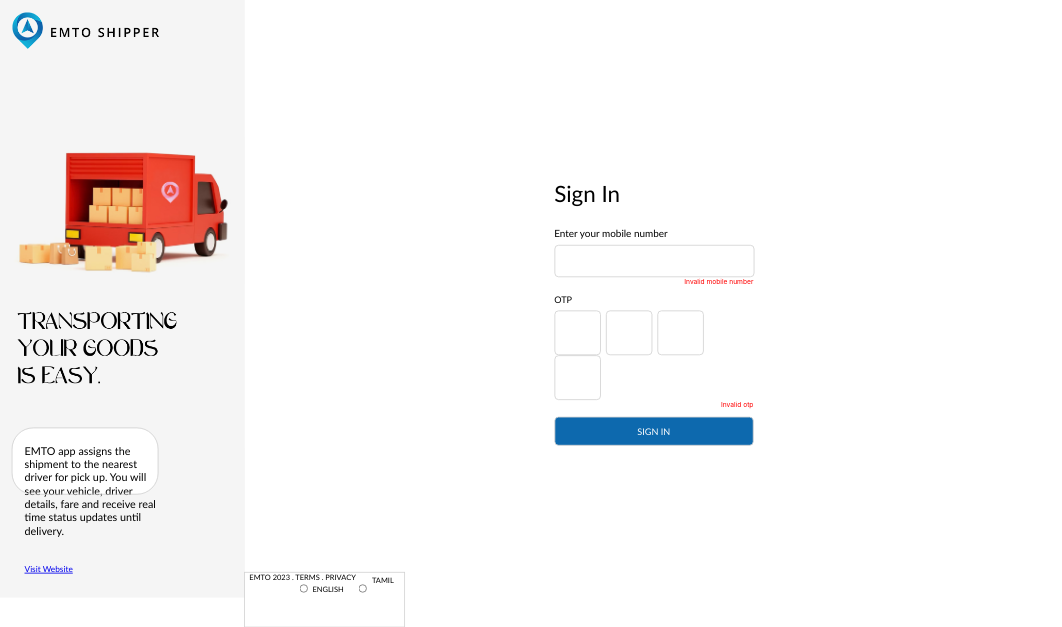
Repository: RoshanArun/Emto-Web
Page: / (app in emto/reactfirst/)
The author's editor kept a copy of each file at every save. The page is drawn from the files as they stood at one save, then again after the next save.
The browser window is 1280 px wide. The pictures show the whole page, at 83% of full size.
The project was rebuilt for these pictures with package versions that can differ from the ones it lists, and the page was loaded fresh each time. Also part of the build but not shown: emto/reactfirst/src/pages/SignUp/SignUp.css, emto/reactfirst/src/pages/SignUp/SignUp.js, emto/reactfirst/src/pages/DashBoard/DashBoard.js.

Above is the page before, as saved 2023-07-27 12:46:31.

### emto/reactfirst/src/App.js
import React from 'react';
import './pages/Login/Login.css';
import './pages/SignUp/SignUp.css';
import './pages/DashBoard/DashBoard.css';

import { BrowserRouter as Router, Routes, Route }
    from 'react-router-dom';

import SignUp from './pages/SignUp/SignUp';
import Login from './pages/Login/Login';
import DashBoard from './pages/DashBoard/DashBoard';


function App() {
    return (
        <Router>
            <Routes>
                <Route exact path='/' element={<Login />} />
                <Route path='/sign-up' element={<SignUp />} />
                <Route path='/dashboard' element={<DashBoard />} />
            </Routes>
        </Router>
    );
}

export default App;

### emto/reactfirst/src/pages/Login/Login.css
.wrapper {
  width: 100%;
  height: 100%;
  display: flex;
  flex-basis: 100%;
}

.page-left {
  width: 30%;
  min-width: 250px;
  height: 100vh;
  min-height: 570px;
  background-color: #f5f5f5;
}

.page-right {
  width: 100%;
  height: 75vh;
  background-color: #ffffff;
}

.logo {
  width: 60%;
  padding-top: 5%;
  padding-left: 5%;
  padding-bottom: 35%;
}

.truck {
  width: 100%;
  padding-bottom: 10%;
}

.emtocaption {
  width: 65%;
  padding-left: 7%;
  padding-bottom: 5%;
}

.box {
  width: 85%;
  background-color: white;
  border-radius: 25px;
  margin-left: 5%;
  padding-left: 5%;
  padding-top: 2%;
  padding-bottom: 10%;
}

.details {
  font-size: 13px;
  font-family: 'Gill Sans', 'Gill Sans MT', Calibri, 'Trebuchet MS', sans-serif;
  padding-bottom: 8%;
}

.link {
  font-size: 10px;
  font-family: 'Gill Sans', 'Gill Sans MT', Calibri, 'Trebuchet MS', sans-serif;
}

.signin-content {
  height: 85%;
  width: 240px;
  margin-left: auto;
  margin-right: auto;
  padding-top: 30vh;
  min-height: 300px;
}

.signin-label {
  font-size: 27px;
  padding-bottom: 10%;
  padding-right: 30%;
  font-family: 'Gill Sans', 'Gill Sans MT', Calibri, 'Trebuchet MS', sans-serif;
  float: left;
}

.num-label {
  float: left;
  font-size: 12px;
  margin-bottom: 7px;
  font-family: 'Gill Sans', 'Gill Sans MT', Calibri, 'Trebuchet MS', sans-serif;
}

.numinput {
  border-radius: 5px;
  border: 1px solid lightgrey;
  height: 35px;
  width: 235px;
  float: left;
}

input::-webkit-inner-spin-button {
  -webkit-appearance: none;
  margin: 0;
}

.small {
  display: block;
  margin-bottom: -10px;
}

.invalidnumber {
  font-size: 8px;
  float: right;
  color: red;
}

.OTP-label {
  float: left;
  font-size: 11px;
  margin-right: 200px;
  margin-bottom: 7px;
  font-family: 'Gill Sans', 'Gill Sans MT', Calibri, 'Trebuchet MS', sans-serif;
}

.OTPNUM-input {
  width: 50px;
  height: 50px;
  border-radius: 5px;
  border: 1px solid lightgrey;
  position: relative;
  margin-right: 6px;
}

.OTPNUM-inputend {
  width: 50px;
  height: 50px;
  border-radius: 5px;
  border: 1px solid lightgrey;
  position: relative;
}

.invalidOTP {
  font-size: 8px;
  float: right;
  color: red;
}

.submit-button {
  width: 240px;
  height: 35px;
  background-color: #0d69ae;
  color: white;
  border-radius: 5px;
  border: 1px solid lightgrey;
  font-family: 'Gill Sans', 'Gill Sans MT', Calibri, 'Trebuchet MS', sans-serif;
  font-size: 11px;
  margin-top: 10px;
}

.bottom {
  height: 5%;
  margin-top: 1.5%;
  width: 100%;
  font-size: 9px;
  font-family: 'Gill Sans', 'Gill Sans MT', Calibri, 'Trebuchet MS', sans-serif;
}

.terms {
  margin-left: 5px;
  float: left;
}

.language {
  font-size: 9px;
  float: right;
  font-family: 'Gill Sans', 'Gill Sans MT', Calibri, 'Trebuchet MS', sans-serif;
  padding: 3px;
  margin-right: 10px;
}

.radio-button {
  float: right;
  height: 10px;
  width: 10px;
}

@media (max-width: 600px) {
  .wrapper {
    flex-wrap: wrap;
  }

  div {
    flex-basis: 33%;
  }

  .page-left {
    width: 100%;
    min-width: 100%;
    height: 100%;
    background-color: #f5f5f5;
  }

  .box {
    width: 85%;
    background-color: white;
    border-radius: 25px;
    margin-left: 5%;
    padding-left: 5%;
    padding-top: 2%;
    padding-bottom: 5%;
    margin-bottom: 5%;
  }

  .page-right {
    width: 100%;
    min-width: 100%;
    height: 150vw;
    background-color: #f5f5f5;
  }

  .signin-content {
    height: 85%;
    width: 240px;
    padding-top: 25vh;
    text-align: center;

  }
}

### emto/reactfirst/src/pages/DashBoard/DashBoard.css
.dash{
  height: 100vh;
  width: 100vw;
  outline: 1px solid lightgray;
  min-height: 65px;
  display: flex;
  flex-wrap: wrap;
}

.dash-bottom{
  height: 10vh;
  width: 10vw;
  outline: 1px solid lightgray;
  min-height: 65px;
}

.top1{
  width: 15vw;
  height: 10vh;
  outline: 1px solid lightgray;
  min-height: 65px;
}

.top2{
  width: 70vw;
  height: 10vh;
  outline: 1px solid lightgray;
  min-height: 65px;
}

.top3{
  width: 15vw;
  height: 10vh;
  outline: 1px solid lightgray;
  min-height: 65px;
}

.bottom{
  width: 15vw;
  outline: 1px solid lightgray;
  min-height: 65px;
}







.dashboard-right{
  width: 100vw;
}

.right1{
  width: 60vw;
  height: 100vh;
  outline: 1px solid lightgray;
}

.right2{
  width: 10vw;
  height: 30vh;
  outline: 1px solid lightgray;
}

.dashboard-top {
  height: 10vh;
  width: 74vw;
  outline: 1px solid lightgray;
  min-height: 65px;
}

.dashboard-top2 {
  height: 10vh;
  width: 20vw;
  outline: 1px solid lightgray;
  min-height: 65px;
}

.dashboard-left {
  width: 15vw;
  height: 100vh;
  outline: 1px solid lightgray;
  min-width: 130px;
}

.dashboardlogo {
  width: 60%;
  margin-top: 15%;
  margin-bottom: 15%;
  margin-left: 15%;
}

.dashboardicon {
  margin-top: 12%;
  margin-left: 15%;
  width: 13%;
}

.dashboardlabels {
  margin-left: 7%;
  font-size: 1vw;
  position: relative;
  bottom: .5vw;
  font-family: 'Gill Sans', 'Gill Sans MT', Calibri, 'Trebuchet MS', sans-serif;
  color: black;
}

.pro {
  font-size: 1.0vw;
  font-weight: bold;
  text-align: center;
  display: block;
  margin-bottom: 5%;
  margin-top: 15%;
}

.unlock {
  display: block;
  font-size: .8vw;
  word-wrap: break-word;
  text-align: center;

}

.unlock2 {
  font-size: .8vw;
  text-align: center;
  display: block;

}

.upgrade {
  background-color: lightblue;
  border: none;
  border-radius: 15px;
  width: 45%;
  height: 3.5%;
  margin-left: auto;
  margin-right: auto;
  display: grid;
  margin-bottom: 15vh;


  text-align: center;
  font-size: .9vw;
  font-weight: bold;
  align-items: center;
}

.intro {
  font-size: 3vh;
  font-family: 'Gill Sans', 'Gill Sans MT', Calibri, 'Trebuchet MS', sans-serif;
  padding-left: 6vh;
  margin-top: 2vh;
  display: inline-block;
}

.introsub {
  margin-left: 6vh;
  font-size: 1.5vh;
  margin-top: 2px;
  display: flex;
}


.Calender {
  margin-left: auto;
  font-size: 1.5vh;
  position: absolute;
  top: 4.5%;
  left: 75%
}

.calenderIcon {
  width: 2.5vh;
  margin-left: 5vw;
  position: absolute;
  top: 4.25%;
  left: 75%
}

.profileIcon {
  width: 6vh;
  margin-left: 10%;
  margin-top: 2.5vh;
}

.userLabel {
  margin-left: 10vh;
  font-size: 2.2vh;
  position: relative;
  bottom: 7.5vh;
  font-family: 'Gill Sans', 'Gill Sans MT', Calibri, 'Trebuchet MS', sans-serif;
  color: black;
  display: block;
  margin-bottom: -17.5px
}

.userLabel2 {
  margin-left: 10vh;
  font-size: 1.5vh;
  position: relative;
  bottom: 7.5vh;
  font-family: 'Gill Sans', 'Gill Sans MT', Calibri, 'Trebuchet MS', sans-serif;
  color: black;
  display: block;
  margin-bottom: -17.5px
}

.box{
  margin-top: 5vh;
  height: 6vh;
  width: 12.5vw;
  outline: 1px solid lightgray;
  display: inline-block;
}

### emto/reactfirst/src/pages/Login/Login.js
import React from 'react';
import IMAGES from '../../Components';

const Login = () => {
    return (
        <div class="login">
            <meta name="viewport" content="width=device-width, initial-scale=1.0" />
            <div class="wrapper">

                <div class="page-left">
                    <img src={IMAGES.emtologo} class="logo" alt="logo" />
                    <img src={IMAGES.emtotruck} class="truck" alt="logo" />
                    <img src={IMAGES.emtocaption} class="emtocaption" alt="logo" />
                    <div class="box">
                        <p class="details">EMTO app assigns the shipment to the nearest driver for pick up. You will see your vehicle, driver details, fare and receive real time status updates until delivery.</p>
                        <a class="link" href="url">Visit Website</a>
                    </div>
                </div>

                <div class="page-right">
                    <div class="signin-content">
                        <label class="signin-label">Sign In</label> <br></br><br></br>
                        <label class="num-label">Enter your mobile number</label><br></br>
                        <input class="numinput" type="number" id="num" name="num" /><span class="small"></span><br></br>
                        <label class="invalidnumber">Invalid mobile number</label><br></br>
                        <label class="OTP-label">OTP</label>
                        <input class="OTPNUM-input" type="number" id="num1" maxlength="4" />
                        <input class="OTPNUM-input" type="number" id="num2" maxlength="4" />
                        <input class="OTPNUM-input" type="number" id="num3" maxlength="4" />
                        <input class="OTPNUM-inputend" type="number" id="num4" maxlength="4" /><br></br>
                        <label class="invalidOTP">Invalid otp</label>
                        <button class="submit-button" type="button">SIGN IN</button> <br class="small"></br>


                    </div>
                    <div class="bottom">
                        <label class="terms">EMTO 2023 . TERMS . PRIVACY</label>
                        <label class="language" for="html">TAMIL</label>
                        <input class="radio-button" type="radio" name="lang" value="English" />
                        <label class="language" for="html">ENGLISH</label>
                        <input class="radio-button" type="radio" name="lang" value="Tamil" />
                    </div>
                </div>
            </div>
        </div>
    );
}



export default Login;

### emto/reactfirst/src/Components/index.js
const IMAGES = {
    emtocaption: require('./emto-caption.png'),
    emtotruck: require('./emtotruck.jpg'),
    emtologo: require('./emto-logo.png'),

    dashboard: require('./business-report.png'),
    senders: require('./senders.png'),
    recievers: require('./recievers.png'),

    settings: require('./settings.png'),
    csx: require('./customer-service.png'),
    logout: require('./logout.png'),

    calender: require('./calendar.png'),
    profile: require('./profile.png')


}

export default IMAGES;

Loaded but not shown: emto/reactfirst/public/index.html (common file); emto/reactfirst/src/index.js (common file); emto/reactfirst/src/index.css (common file); emto/reactfirst/src/reportWebVitals.js (common file)

After the next save:
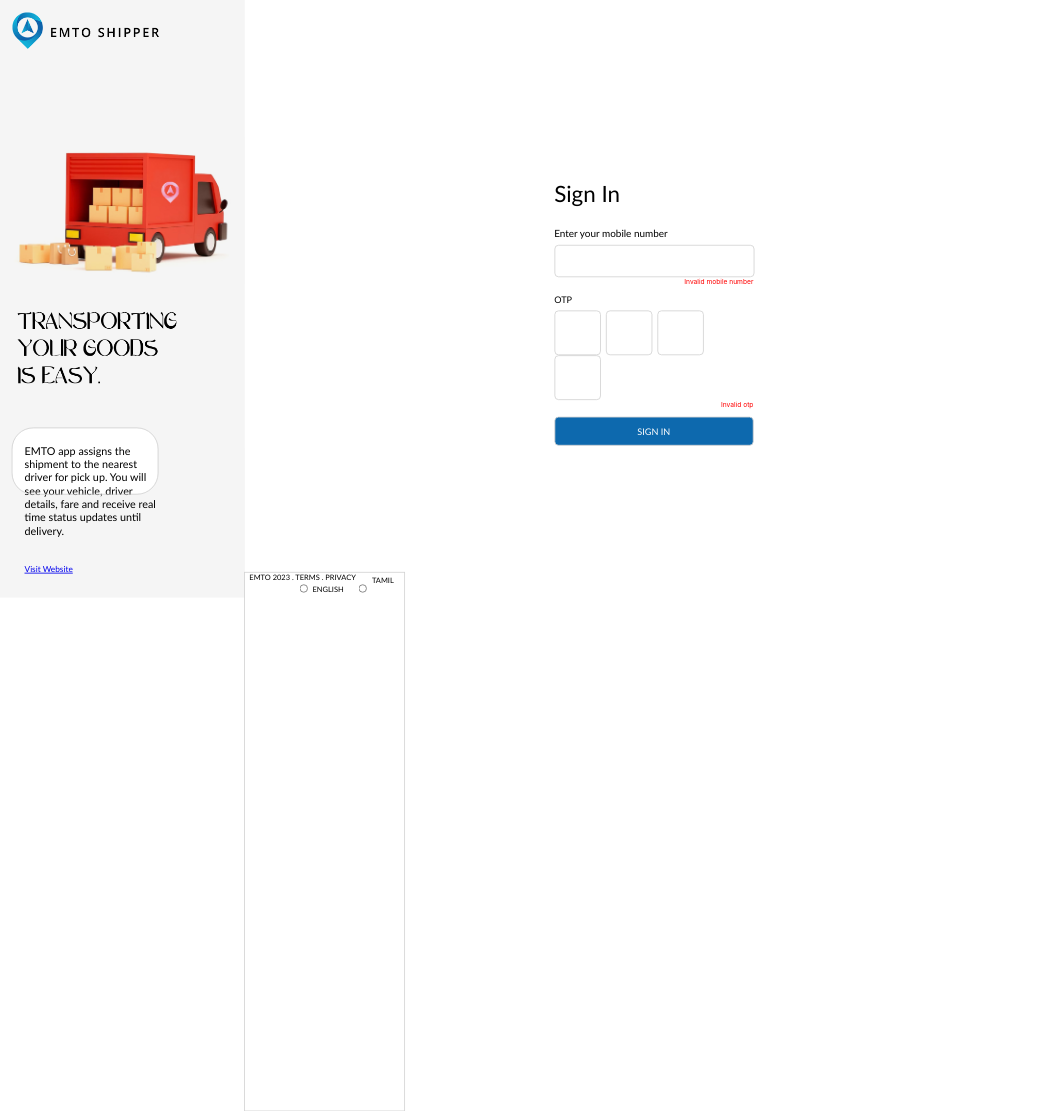
Saved 12 s later.
--- a/emto/reactfirst/src/pages/DashBoard/DashBoard.css
+++ b/emto/reactfirst/src/pages/DashBoard/DashBoard.css
@@ -37,6 +37,7 @@
 
 .bottom{
   width: 15vw;
+  height: 90vh;
   outline: 1px solid lightgray;
   min-height: 65px;
 }
